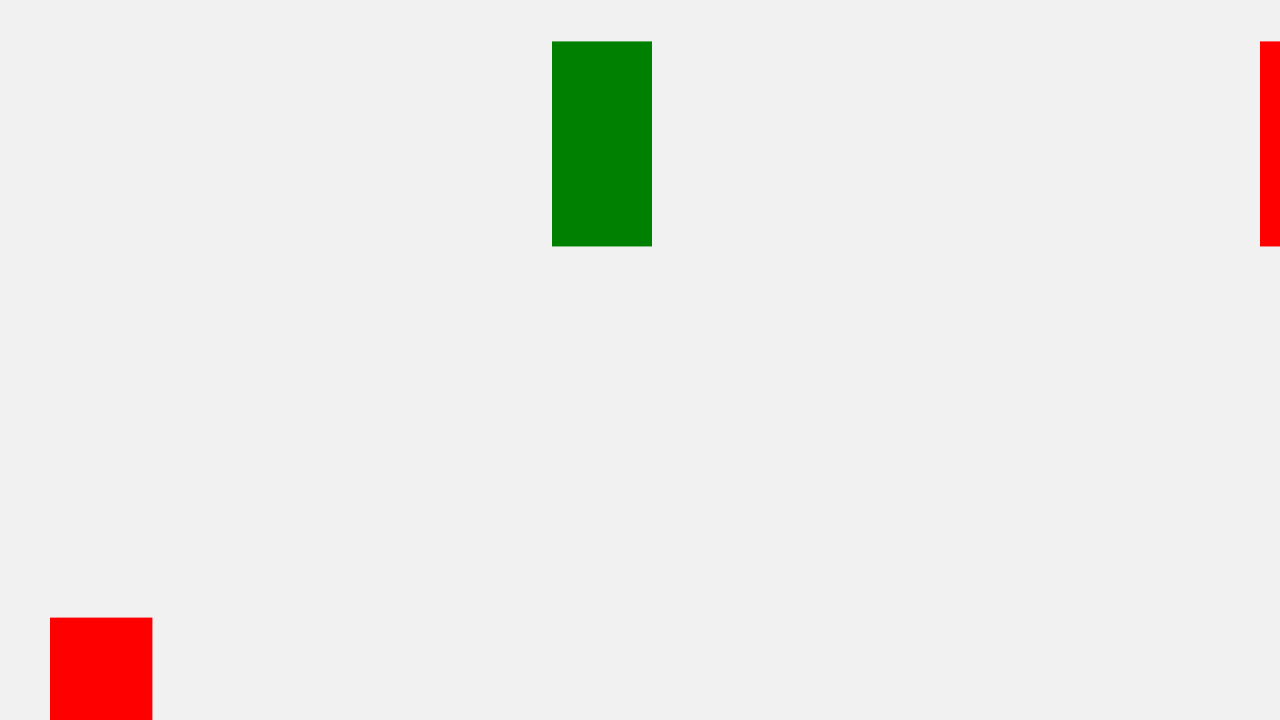
Repository: Littikrai/getF
Page: main.html
These files come from the project's save history. The page is drawn as it stood at one moment and after the next save; the edit follows.
The browser window is 1280 px wide. The pictures show the whole page.

Above is the page before, as saved 2019-03-14 21:04:39.

### main.html
<!DOCTYPE html>
<html>
<head>
    <meta charset="utf-8">
    <meta http-equiv="X-UA-Compatible" content="IE=edge">
    <title>Page Title</title>
    <meta name="viewport" content="width=device-width, initial-scale=1">
    <link rel="stylesheet" type="text/css" media="screen" href="main.css">
    <script src="main.js">

    </script>
</head>
<body onload="startGame()">
</body>
</html>

### main.css
button{
    display: block;
    margin:0 auto;
    justify-content: center;
}
html, body {
    width:  100%;
    height: 100%;
    margin: 0;
  }
  canvas {
    background-color: #f1f1f1;
    position:absolute;
    left:0px;
    top:0px;
}

### main.js
var myGamePiece;
var obj;
var obj2;
var obj3;
var obj4;
var nisit;
var precentOfHeight = window.innerHeight;
var precentOfWidth = window.innerWidth;
function startGame() {
    nisit = new component(precentOfWidth*0.08, precentOfWidth*0.08, "red", 50, (precentOfHeight-(precentOfWidth*0.08)))
    myGamePiece = new component((precentOfWidth*0.05), (precentOfWidth*0.05), "img/brush.png", 80, 0, "image");
    obj = new component(100, 200, "green", 120, 0);
    obj2 = new component(100, 200, "red", 900, 0);
    obj3 = new component(100, 200, "yellow", 700, 0);
    obj4 = new component(100, 200, "black", 450, 0);
    myGameArea.start();
}
window.addEventListener( "keydown", doKeyDown, false);
window.addEventListener( "keyup", doKeyDown, false);

var myGameArea = {
    canvas : document.createElement("canvas"),
    start : function() {
        this.canvas.width = window.innerWidth;
        this.canvas.height =  window.innerHeight;
        this.context = this.canvas.getContext("2d");
        document.body.insertBefore(this.canvas, document.body.childNodes[0]);
        this.interval = setInterval(updateGameArea, 20);

    },
    stop : function() {
        clearInterval(this.interval);
    },
    clear : function() {
        this.context.clearRect(0, 0, this.canvas.width, this.canvas.height);
    }
}

function component(width, height, color, x, y, type) {
    this.type = type;
    if (type == "image") {
        this.image = new Image();
        this.image.src = color;
    }
    this.width = width;
    this.height = height;
    this.x = x;
    this.y = y;
    this.speedX = 0;
    this.speedY = 0;
    this.gravity = 0.05;
    this.gravitySpeed = 0;
    this.update = function() {
        ctx = myGameArea.context;
        if (type == "image") {
            ctx.drawImage(this.image,
                this.x,
                this.y,
                this.width, this.height);
        } else {
            ctx.fillStyle = color;
            ctx.fillRect(this.x, this.y, this.width, this.height);
        }
    }
    this.crashWith = function(otherobj) {
        var myleft = this.x;
        var myright = this.x + (this.width);
        var mytop = this.y;
        var mybottom = this.y + (this.height);
        var otherleft = otherobj.x;
        var otherright = otherobj.x + (otherobj.width);
        var othertop = otherobj.y;
        var otherbottom = otherobj.y + (otherobj.height);
        var crash = true;
        if ((mybottom < othertop) || (mytop > otherbottom) || (myright < otherleft) || (myleft > otherright)) {
            crash = false;
        }
        return crash;
    }
    this.newPos = function() {
        this.gravitySpeed = this.gravity+5;
        this.x += this.speedX;
        this.y += this.speedY + this.gravitySpeed;
    }

}

function toptop(obj){
    if(obj.y >= window.innerHeight ){
        obj.x = Math.floor(Math.random()*precentOfWidth);
        obj.y = -100;
    }
}

function updateGameArea() {
    var x = 0;
    var i = 0;
    myGameArea.clear();
    obj.newPos();
    obj.update();
    obj2.newPos();
    obj2.update();
    obj3.newPos();
    obj3.update();
    obj4.newPos();
    obj4.update();
    x += 1;
    if(x == 1){
        toptop(obj);
        obj.newPos();
        obj.update();
        toptop(obj2);
        obj2.newPos();
        obj2.update();
        x = x+1;
    }
    console.log(x)
    if(x==10){
        toptop(obj3);
        obj3.newPos();
        obj3.update();
        toptop(obj4);
        obj4.newPos();
        obj4.update();
        x = 0;
    }
    nisit.update();
    nisit.x += nisit.speedX;
    nisit.y += nisit.speedY;
    // else{
    //     myGameArea.clear();
    //     obj.newPos();
    //     obj.update();
    //     x += 1
    // }



    // for (i = 0; i <20; i++) {
    //         // myObstacles[i].x += 5;
    //         myObstacles.newPos();
    //         myObstacles.update();
    //  }
    // var x, y;
    // for (i = 0; i < myObstacles.length; i += 1) {
    //     if (nisit.crashWith(myObstacles[i])) {
    //         myGameArea.stop();
    //         return;
    //     }
    // }
    // myGameArea.clear();
    // myGameArea.frameNo += 1;
    // if (myGameArea.frameNo == 1 || everyinterval(150)) {
    //     x = myGameArea.canvas.width;
    //     y = myGameArea.canvas.height - 200;
    //     myObstacles.push(new component(10, 200, "green", x, y));
    //     // myObstacles.push(new component((precentOfWidth*0.05), (precentOfWidth*0.05), "img/brush.png", 80, 0, "image"));
    // }
    // for (i = 0; i < myObstacles.length; i += 1) {
    //     myObstacles[i].x += -1;
    //     myObstacles.newPos();
    //     myObstacles[i].update();
    // }
    // nisit.update();
    // nisit.x += nisit.speedX;
    // nisit.y += nisit.speedY;
}
// function updateGameArea() {
//     if (myGamePiece.crashWith(myObstacle)) {
//         myGameArea.stop();
//     } else {
//         myGameArea.clear();
//         nisit.update();
//         nisit.x += nisit.speedX;
//         nisit.y += nisit.speedY;
//         myObstacle.update();
//         myGamePiece.newPos();
//         myGamePiece.update();

//     }
// }
function doKeyDown(e) {
    if(e.type=='keydown'){
        if(e.keyCode==37){

            nisit.speedX = -5;
            return false;
        }
        else if(e.keyCode==39){

            nisit.speedX = 5;
            return false;
        }
    }else if(e.type=='keyup'){
        clearmove()
        return false;
    }
    return true;
}

function clearmove() {
    nisit.speedX = 0;
    nisit.speedY = 0;
}

// document.body.onkeydown = function(e){
//     alert(String.fromCharCode(e.keyCode)+" --> "+e.keyCode);
// };

After the next save:
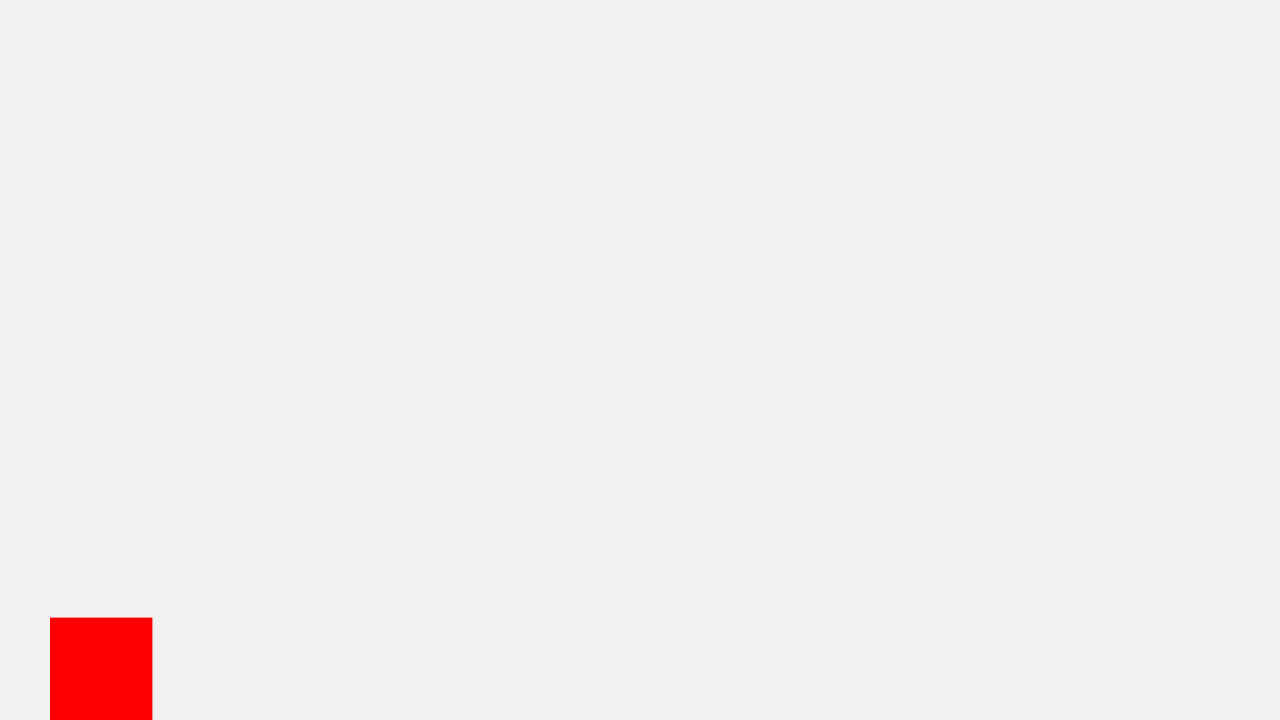
Saved 18 s later.
--- a/main.js
+++ b/main.js
@@ -4,6 +4,7 @@
 var obj3;
 var obj4;
 var nisit;
+var x;
 var precentOfHeight = window.innerHeight;
 var precentOfWidth = window.innerWidth;
 function startGame() {
@@ -93,7 +94,6 @@
 }
 
 function updateGameArea() {
-    var x = 0;
     var i = 0;
     myGameArea.clear();
     obj.newPos();
